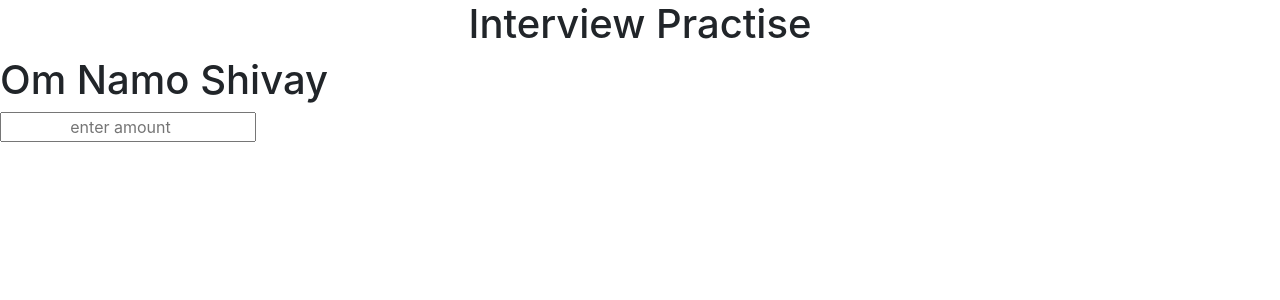
Repository: punitbathija/Machine-Round-React
Page: /
The author's editor kept a copy of each file at every save. The page is drawn from the files as they stood at one save, then again after the next save.
The browser window is 1280 px wide. The pictures show the whole page.
The project was rebuilt for these pictures with package versions that can differ from the ones it lists, and the page was loaded fresh each time. Also part of the build but not shown: src/components/counter.jsx, src/components/ProgressBar.js.

Above is the page before, as saved 2023-06-01 13:14:12.

### src/index.js
import React from "react";
import ReactDOM from "react-dom/client";
import Counter from "./components/counter";
import "./index.css";
import ProgressBar from "./components/ProgressBar";
import CurrencyCoverter from "./components/CurrencyCoverter";
// import FetchApi from "./components/FetchApi";

const root = ReactDOM.createRoot(document.getElementById("root"));
root.render(
  <>
    <h1 className="text-center">Interview Practise</h1>
    {/* <Counter /> */}
    {/* <FetchApi /> */}
    {/* <ProgressBar /> */}
    <CurrencyCoverter />
  </>
);

### src/components/CurrencyCoverter.js
import React, { useState } from "react";

const CurrencyCoverter = () => {
  const [amount, setAmount] = useState(0);
  const [inDollars, setInDollars] = useState(0);
  const [inPounds, setInPounds] = useState(0);

  return (
    <div>
      <h1>Om Namo Shivay</h1>
      <input
        type="number"
        placeholder="enter amount"
        style={{ textAlign: "center" }}
      />
    </div>
  );
};

export default CurrencyCoverter;

Loaded but not shown: public/index.html (common file); src/index.css (common file)

After the next save:
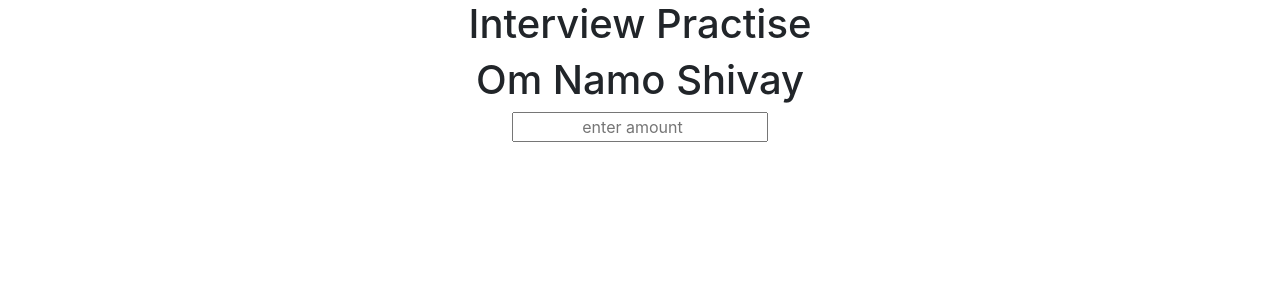
Saved 14 s later.
--- a/src/components/CurrencyCoverter.js
+++ b/src/components/CurrencyCoverter.js
@@ -6,7 +6,7 @@ const CurrencyCoverter = () => {
   const [inPounds, setInPounds] = useState(0);
 
   return (
-    <div>
+    <div style={{ textAlign: "center" }}>
       <h1>Om Namo Shivay</h1>
       <input
         type="number"
